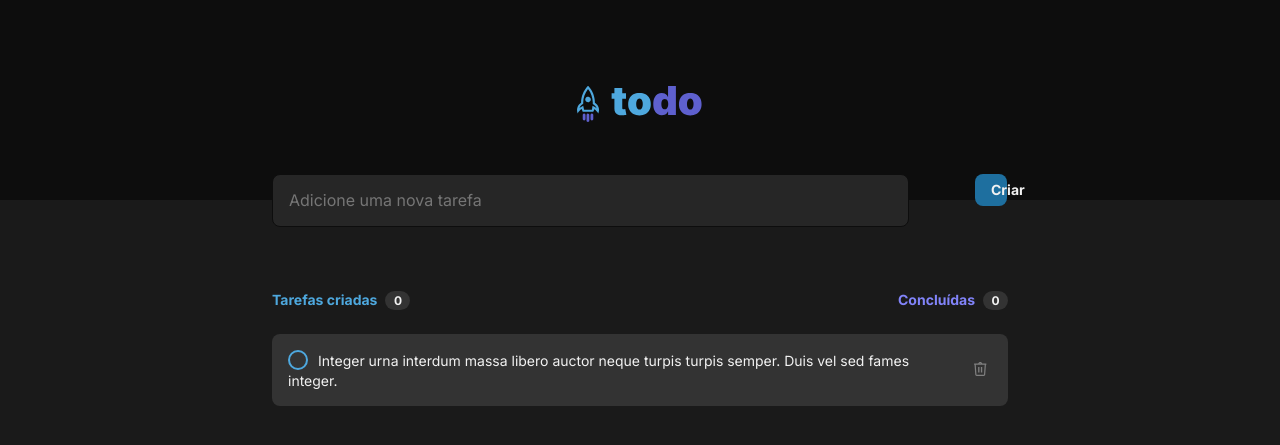
Repository: viniimartins/ToDoListROCKETSEAT
Page: /
An editor plug-in stored every save of this project. The page is shown before and after a run of saves, followed by the edit.
The browser window is 1280 px wide. The pictures show the whole page.
The project was rebuilt for these pictures with package versions that can differ from the ones it lists, and the page was loaded fresh each time. Also part of the build but not shown: vite.config.ts.

Above is the page before, as saved 2023-05-08 14:16:47.

### index.html
<!DOCTYPE html>
<html lang="en">
  <head>
    <meta charset="UTF-8" />

    <link rel="preconnect" href="https://fonts.googleapis.com" />
    <link rel="preconnect" href="https://fonts.gstatic.com" crossorigin />

    <link rel="icon" type="image/svg+xml" href="/vite.svg" />
    <meta name="viewport" content="width=device-width, initial-scale=1.0" />
    <title>Vite + React + TS</title>

    <link
      href="https://fonts.googleapis.com/css2?family=Inter:wght@400;700&display=swap"
      rel="stylesheet"
    />
  </head>
  <body>
    <div id="root"></div>
    <script type="module" src="/src/main.tsx"></script>
  </body>
</html>

### src/App.tsx
import { Header } from "./Components/Header";
import { AddTask } from "./Components/AddTask";
import { Task } from "./Components/Task";

import styles from "./App.module.css";
import "./global.css";

export function App() {
  return (
    <>
      <div>
        <Header />

        <main className={styles.wrapper}>
          <AddTask />

            <Task />
        </main>
      </div>
    </>
  );
}

### src/Components/Header.tsx
import styles from "./Header.module.css";
import Logo from "../assets/Logo.svg";

export function Header() {
  return (
    <>
      <header className={styles.header}>
        <img src={Logo} />
      </header>
    </>
  );
}

### src/Components/AddTask.tsx
import { PlusCircle } from "phosphor-react";
import styles from "./AddTask.module.css";

export function AddTask() {
  return (
    <div className={styles.inputs}>
      <input
        className={styles.inputText}
        type="text"
        placeholder="Adicione uma nova tarefa"
      />
      <button className={styles.Button}>
        <span className={styles.ButtonText}>Criar</span>
        <PlusCircle size={21} />
      </button>
    </div>
  );
}

### src/Components/Task.tsx
import { TaskCreated } from "./TaskCreated";
// import { TaskNotCreate } from "./TaskNotCreated";
import styles from "./task.module.css";

export function Task() {
  return (
    <div className={styles.task}>
      <header className={styles.taskHeader}>
        <div className={styles.taskCreated}>
          <p>Tarefas criadas</p>

          <span className={styles.taskCounter}>
            <p>0</p>
          </span>
        </div>

        <div className={styles.taskConcluded}>
          <p>Concluídas</p>

          <span className={styles.taskCounter}>
            <p>0</p>
          </span>
        </div>
      </header>

      <div>
          <TaskCreated />
      </div>
    </div>
  );
}

### src/App.module.css
.wrapper {
  max-width: 46rem;
  margin: -1.656rem auto;

  display: grid;
  grid-template-columns: 1fr;
  gap: 4rem;
  align-items: flex-start;

}

### src/global.css
:root {
  --white: #fff;

  --gray-100: #f2f2f2;
  --gray-200: #d9d9d9;
  --gray-300: #808080;
  --gray-400: #333333;
  --gray-500: #262626;
  --gray-600: #1a1a1a;
  --gray-700: #0d0d0d;

  --purble: #8284fa;
  --purbleDark: #5e60ce;

  --blue: #4ea8de;
  --blueDark: #1E6F9F;

  --darger: #e25858;
}

:focus {
  outline: transparent;
  box-shadow: 0 0 0 2px var(--purbleDark);
}

* {
  margin: 0;
  padding: 0;
  box-sizing: border-box;
}

body {
  background: var(--gray-600);
  color: var(--gray-100);
  -webkit-font-smoothing: antialiased;
}

body,
input,
textarea,
button {
  font-family: "Inter", sans-serif;
  font-weight: 400;
  font-size: 1rem;
}

### src/Components/Header.module.css
.header {
  height: 12.5rem;
  background-color: var(--gray-700);
  display: flex;
  justify-content: center;
  align-items: center;
}

.header img {
  width: 7.875rem;
  height: 3rem;
}

### src/Components/AddTask.module.css
.inputs {
  display: flex;
  gap: 1rem;
}

.inputText {
  width: 39.813rem;
  height: 3.313rem;

  border-radius: 0.5rem;
  padding: 1rem;
  border: 1px solid var(--gray-700);
  color: var(--gray-100);

  font-weight: 400;
  font-size: 1rem;
  background-color: var(--gray-500);
}

.Button {
  display: flex;
  align-items: center;

  background-color: var(--blueDark);
  color: var(--gray-100);

  border: none;
  border-radius: 0.5rem;
  padding: 1rem;
  cursor: pointer;
  gap: 0.4rem;


  font-weight: 700;
  font-size: 0.875rem;
}

.Button:hover {
  background: var(--blue);
}

### src/Components/TaskCreated.tsx
import React, { useState } from "react";
import styles from "./TaskCreated.module.css";
import Trash from "../assets/trash.svg";

interface Props {
  label: string;
}

export function TaskCreated({ label }: Props) {
  const [checked, setChecked] = useState(false);

  const handleChange = (event: React.ChangeEvent<HTMLInputElement>) => {
    setChecked(event.target.checked);
  };

  return (
    <div className={styles.taskCreated}>
      <label className={styles.checkbox}>
        <input type="checkbox" checked={checked} onChange={handleChange} />
        <span className={styles.checkmark}></span>
        <span className={styles.label}>
          Integer urna interdum massa libero auctor neque turpis turpis semper.
          Duis vel sed fames integer.
        </span>
      </label>

      <button>
        <img src={Trash} alt="trash" />
      </button>
    </div>
  );
}

### src/Components/Task.module.css
.taskHeader {
  display: flex;
  justify-content: space-between;

  margin-bottom: 1.5rem;

}

.taskCreated {
  display: flex;
  gap: 0.5rem;
}

.taskCreated p {
  color: var(--blue);
  font-size: 0.875rem;
  font-weight: 700;
}

.taskConcluded {
  display: flex;
  gap: 0.5rem;
}

.taskConcluded p {
  color: var(--purble);
  font-size: 0.875rem;
  font-weight: 700;
}

.taskCounter {
  width: 25px;
  height: 19px;

  display: flex;
  align-items: center;
  justify-content: center;

  padding: 2px 8px;
  border-radius: 999px;

  background-color: var(--gray-400);
}

.taskCounter p {
  font-size: 12px;
  font-weight: 700;
  line-height: 15px;
  background-color: transparent;
  color: inherit;
}

### src/Components/TaskCreated.module.css
.taskCreated {
  display: flex;
  align-items: center;

  background-color: var(--gray-400);
  border-radius: 0.5rem;
  padding: 1rem;
}

.checkbox {
  display: inline-block;
  position: relative;
  /* padding-left: 25px; */
  /* margin-bottom: 10px; */
  cursor: pointer;
  user-select: none;
}

.checkbox input {
  position: absolute;
  opacity: 0;
  cursor: pointer;
}

.checkmark {
  position: absolute;
  top: 0;
  left: 0;
  height: 20px;
  width: 20px;
  border: 2px solid var(--blue);
  border-radius: 50%;
  background-color: transparent;
}

.checkbox:hover input ~ .checkmark {
  background-color: var(--blueDark);
}

.checkbox input:checked ~ .checkmark {
  background-color: var(--purbleDark);
  border-color: var(--purbleDark);
}

.checkbox input:checked ~ .checkmark:hover {
  background-color: var(--purble);
  border-color: var(--purble);
}

.checkmark::after {
  content: "";
  position: absolute;
  display: none;
}

.checkbox input:checked ~ .checkmark::after {
  display: block;
}

.checkbox .checkmark::after {
  left: 5px;
  top: 1px;
  width: 4px;
  height: 9px;
  border: solid white;
  border-width: 0 1.9px 1.9px 0;
  transform: rotate(45deg);
}

.label {
  margin-left: 30px;
  font-size: 0.875rem;
}

button {
  width: 1.563rem;
  height: 1.563rem;

  margin-left: 50px;
  border: none;
  background: none;
}

Loaded but not shown: src/main.tsx (common file)

After the next 2 saves:
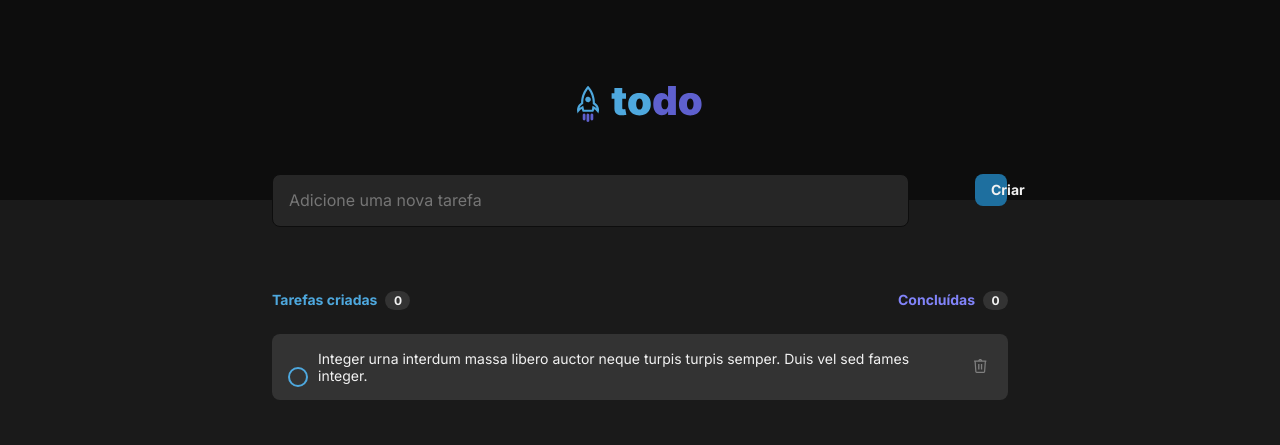
The 2 saves are shown as one change because they came seconds apart.
The last was saved 62 s later.
--- a/src/Components/TaskCreated.tsx
+++ b/src/Components/TaskCreated.tsx
@@ -15,15 +15,15 @@
 
   return (
     <div className={styles.taskCreated}>
+
       <label className={styles.checkbox}>
         <input type="checkbox" checked={checked} onChange={handleChange} />
         <span className={styles.checkmark}></span>
-        <span className={styles.label}>
+      </label>
+      <span className={styles.label}>
           Integer urna interdum massa libero auctor neque turpis turpis semper.
           Duis vel sed fames integer.
         </span>
-      </label>
-
       <button>
         <img src={Trash} alt="trash" />
       </button>

After the 3 saves that followed:
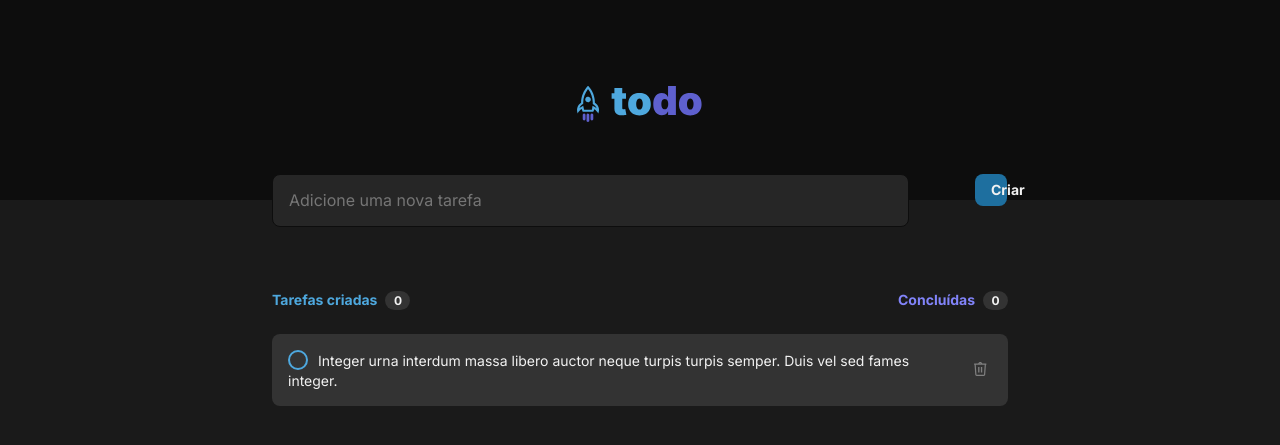
The 3 saves are shown as one change because 2 left the picture as it was.
The last was saved 37 s later.
--- a/src/Components/TaskCreated.tsx
+++ b/src/Components/TaskCreated.tsx
@@ -19,11 +19,12 @@
       <label className={styles.checkbox}>
         <input type="checkbox" checked={checked} onChange={handleChange} />
         <span className={styles.checkmark}></span>
-      </label>
-      <span className={styles.label}>
+        <span className={styles.label}>
           Integer urna interdum massa libero auctor neque turpis turpis semper.
           Duis vel sed fames integer.
         </span>
+      </label>
+
       <button>
         <img src={Trash} alt="trash" />
       </button>
